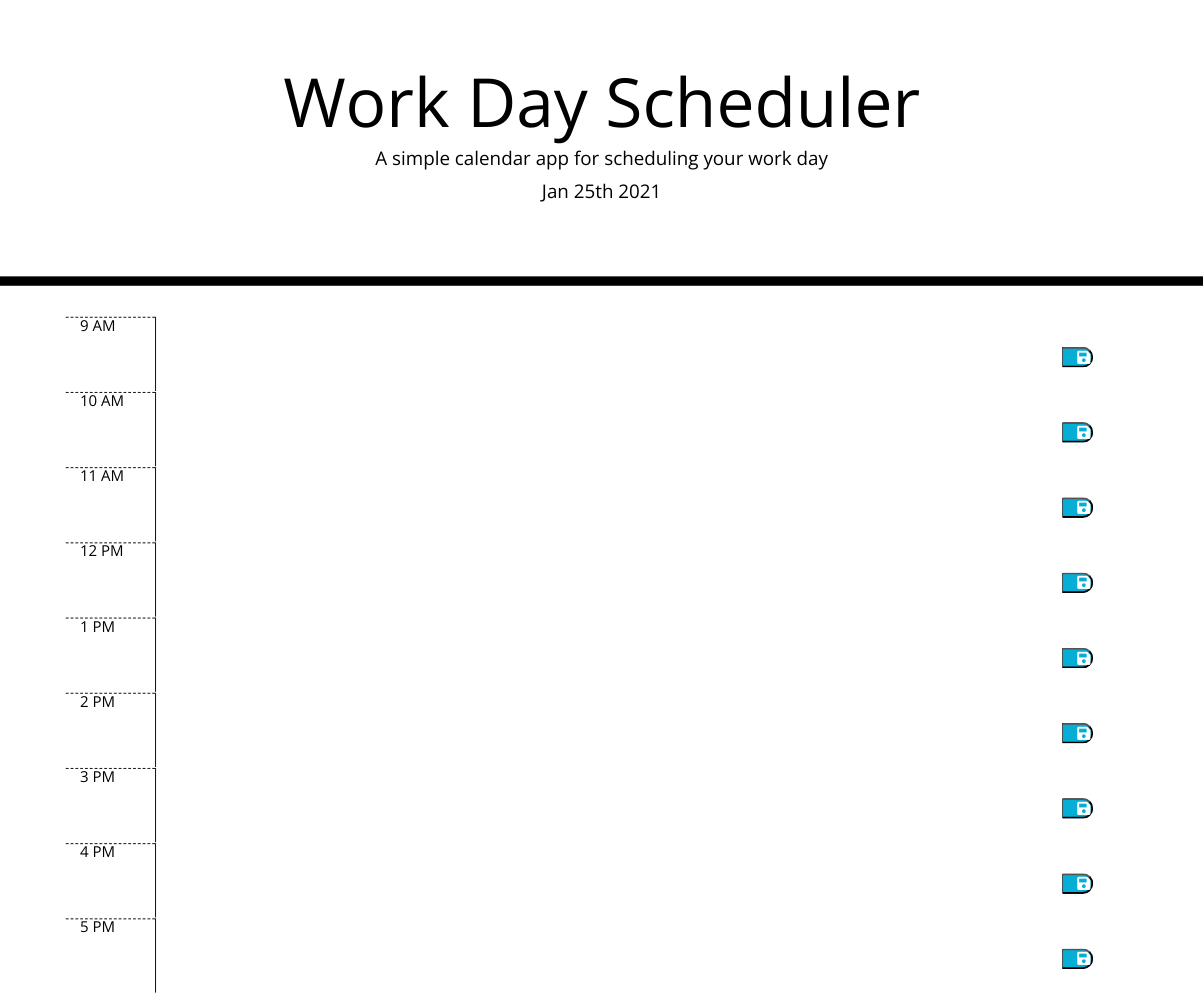
Repository: UPye/workDayScheduler
Page: index.html
An editor plug-in stored every save of this project. The page is shown before and after the next save, followed by the edit.
The browser window is 1280 px wide. The pictures show the whole page, at 94% of full size.
Some web libraries are served in a nearby version.

Above is the page before, as saved 2021-01-25 21:52:11.

### index.html
<!DOCTYPE html>
<html lang="en">
  <head>
    <meta charset="UTF-8" />
    <meta name="viewport" content="width=device-width, initial-scale=1.0" />
    <meta http-equiv="X-UA-Compatible" content="ie=edge" />
    <link
      rel="stylesheet"
      href="https://stackpath.bootstrapcdn.com/bootstrap/4.3.1/css/bootstrap.min.css"
    />
    <link
      rel="stylesheet"
      href="https://use.fontawesome.com/releases/v5.8.1/css/all.css"
      integrity="sha384-50oBUHEmvpQ+1lW4y57PTFmhCaXp0ML5d60M1M7uH2+nqUivzIebhndOJK28anvf"
      crossorigin="anonymous"
    />
    <link
      href="https://fonts.googleapis.com/css?family=Open+Sans&display=swap"
      rel="stylesheet"
    />
    <link rel="stylesheet" href="./assets/CSS/style.css" />
    <title>Work Day Scheduler</title>
  </head>

  <body>
    <header class="jumbotron">
      <h1 class="display-3">Work Day Scheduler</h1>
      <p class="lead">A simple calendar app for scheduling your work day</p>
      <p id="currentDay" class="lead"></p>
    </header>

      <!-- Timeblocks go here -->
    <main class="container">
      <section class="row timeblocks" id="ls">
        <div class="col-1 hour">9 AM</div>
        <textarea id="hour-9" class="task col-10" name="server" autocomplete="off"></textarea>
        <div class="col-1 save">
          <button type="button" id="save-9" data-id="9" class="saveBtn col-1"><i class="fas fa-save"></i></button>
        </div>
      </section>
      <section class="row timeblocks">
        <div class="col-1 hour">10 AM</div>
        <textarea id="hour-10" class="col-10 task" placeholder="" autocomplete="off"></textarea>
        <div class="col-1 save">
          <button type="button" id="save-10" data-id="10" class="saveBtn col-1"><i class="fas fa-save"></i></button>
        </div>
      </section>
      <section class="row timeblocks">
        <div class="col-1 hour">11 AM</div>
        <textarea id="hour-11" class="col-10 task" placeholder="" autocomplete="off"></textarea>
        <div class="col-1 save">
          <button type="button" id="save-11" data-id="11" class="saveBtn col-1"><i class="fas fa-save"></i></button>
        </div>
      </section>
      <section class="row timeblocks">
        <div class="col-1 hour">12 PM</div>
        <textarea id="hour-12" class="col-10 task" placeholder="" autocomplete="off"></textarea>
        <div class="col-1 save">
          <button type="button" id="save-12" data-id="12" class="saveBtn col-1"><i class="fas fa-save"></i></button>
        </div>
      </section>
      <section class="row timeblocks">
        <div class="col-1 hour">1 PM</div>
        <textarea id="hour-1" class="task col-10" placeholder="" autocomplete="off"></textarea>
        <div class="col-1 save">
          <button type="button" id="save-1" data-id="1" class="saveBtn col-1"><i class="fas fa-save"></i></button>
        </div>
      </section>
      <section class="row timeblocks">
        <div class="col-1 hour">2 PM</div>
        <textarea id="hour-2" class="task col-10" placeholder="" autocomplete="off"></textarea>
        <div class="col-1 save">
          <button type="button" id="save-2" data-id="2" class="saveBtn col-1"><i class="fas fa-save"></i></button>
        </div>
      </section>
      <section class="row timeblocks">
        <div class="col-1 hour">3 PM</div>
        <textarea id="hour-3" class="task col-10" placeholder="" autocomplete="off"></textarea>
        <div class="col-1 save">
          <button type="button" id="save-3" data-id="3" class="saveBtn col-1"><i class="fas fa-save"></i></button>
        </div>
      </section>
      <section class="row timeblocks">
        <div class="col-1 hour">4 PM</div>
        <textarea id="hour-4" class="task col-10" placeholder="" autocomplete="off"></textarea>
        <div class="col-1 save">
          <button type="button" id="save-4" data-id="4" class="saveBtn col-1"><i class="fas fa-save"></i></button>
        </div>
      </section>
      <section class="row timeblocks">
        <div class="col-1 hour">5 PM</div>
        <textarea id="hour-5" class="task col-10" placeholder="" autocomplete="off"></textarea>
        <div class="col-1 save">
          <button type="button" id="save-5" data-id="5" class="saveBtn col-1"><i class="fas fa-save"></i></button>
        </div>
      </section>
    </div>

    <script src="https://code.jquery.com/jquery-3.4.1.min.js"></script>
    <script src="https://cdnjs.cloudflare.com/ajax/libs/moment.js/2.24.0/moment.min.js"></script>
    <script src="./assets/JS/script.js"></script>
  </body>
</html>

### assets/CSS/style.css
body {
  font-family: 'Open Sans', sans-serif;
  font-size: 16px;
  line-height: 1;
}

textarea {
  background: transparent;
  border: none;
  resize: none;
  color: #000000;
  border-left: 1px solid black;
  padding: 10px;
}

.jumbotron {
  text-align: center;
  background-color: transparent;
  color: black;
  border-radius: 0;
  border-bottom: 10px solid black;
}

.description {
  white-space: pre-wrap;
}

.time-block {
  text-align: center;
  border-radius: 15px;
}

.row {
  white-space: pre-wrap;
  height: 80px;
  border-top: 1px solid white;;
}

.hour {
  background-color: #ffffff;
  color: #000000;
  border-top: 1px dashed #000000;
}

.past {
  background-color: #d3d3d3;
  color: black;
}

.present {
  background-color: #ff6961;
  color: black;
}

.future {
  background-color: #77dd77;
  color: black;
}

.saveBtn {
  border-left: 1px solid black;
  border-top-right-radius: 15px;
  border-bottom-right-radius: 15px;
  background-size: 1px 100px;
  background-color: #06AED5;
  color: white;
}

.saveBtn i:hover {
  font-size: 20px;
  transition: all .3s ease-in-out;
}

### assets/JS/script.js
// Displays the date at the top
var date = moment().format("MMM Do YYYY");
$("#currentDay").text(date);

// Continually check for the time, in case task due dates are approaching
var currentTime = parseInt(moment().format("H"));
var aryTasks = [];


// Listens for click events on clickable items
$("button").on("click", function(event) {

    var calendarEntryId = $(this).attr("data-id");
    var calendarTextElement = "#hour-" + calendarEntryId;
    var calendarText = $(calendarTextElement).val();

    console.log(calendarText);

    var createObject = {
        hour: parseInt(calendarEntryId),
        task: calendarText
    };

    aryTasks.push(createObject);

    // Upload input to localStorage
    localStorage.setItem("taskData", JSON.stringify(aryTasks));
});

var updateInfo = function () {
    date = moment();
    datetime.html(date.format("dddd, MMMM Do YYYY, h:mm:ss a"));
};


// Check if task is in the past, present, or future
$("textarea").each(function() {
    var calendarTime = parseInt(this.id);
        $(this).removeClass("past");
        $(this).removeClass("present");
        $(this).removeClass("future");

        // Get data from the localStorage
        if (calendarTime >= 9 && calendarTime <= 11){
            $(this).val(calendarTime + "AM");

        } else {

        }
       if (localStorage.getItem(calendarTime) != null) {
        }
        if (calendarTime < currentTime) {
            $(this).addClass("past");
        }
        else if (calendarTime === currentTime) {
            $(this).addClass("present");
        }
        else if (calendarTime > currentTime) {
            $(this).addClass("future");
        };
});

aryTasks = JSON.parse(localStorage.getItem("taskData")) || [];

var renderData = function() {
    for(i=0; i < aryTasks.length; i++) {
        let input = $("#hour-" + aryTasks[i].hour);
        input.val(aryTasks[i].task);
    }
};

renderData();

After the next save:
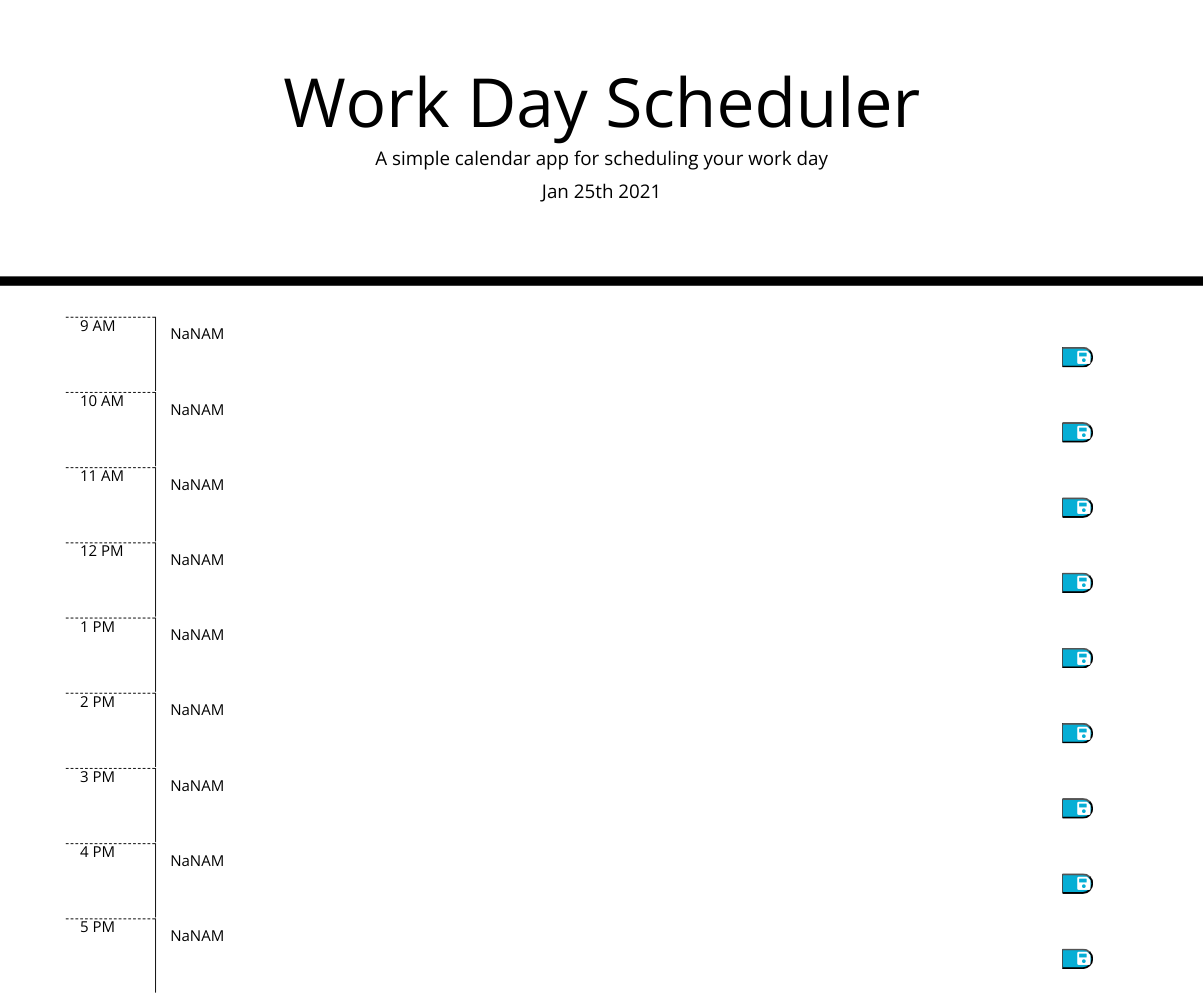
Saved 35 s later.
--- a/assets/JS/script.js
+++ b/assets/JS/script.js
@@ -45,6 +45,7 @@ $("textarea").each(function() {
             $(this).val(calendarTime + "AM");
 
         } else {
+            $(this).val(calendarTime + "AM");
 
         }
        if (localStorage.getItem(calendarTime) != null) {
